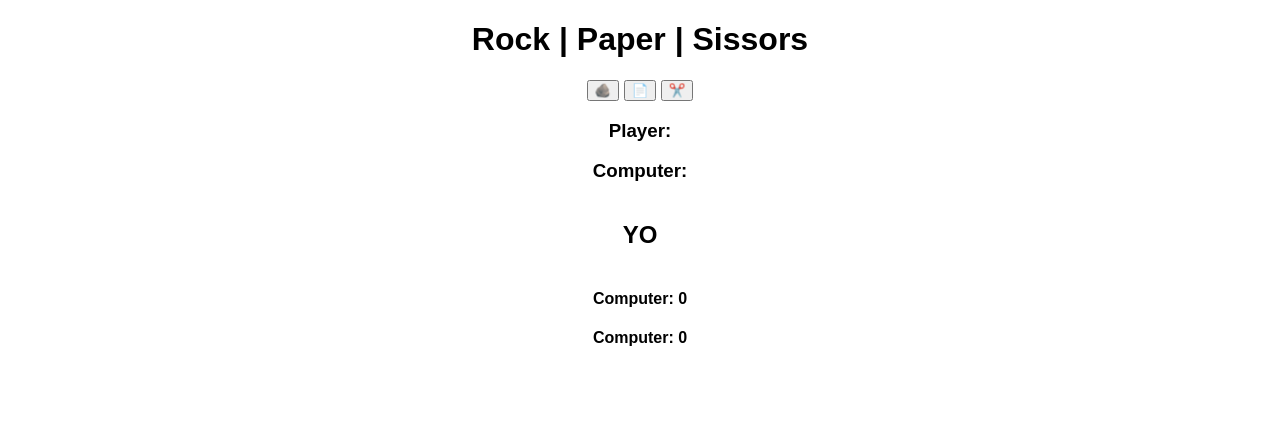
Repository: SakthivelDurai47/Rock-Paper-Sissors
Page: index.html
An editor plug-in stored every save of this project. The page is shown before and after a run of saves, followed by the edit.
The browser window is 1280 px wide. The pictures show the whole page.

Above is the page before, as saved 2025-04-14 22:09:24.

### index.html
<!DOCTYPE html>
<html lang="en">
  <head>
    <meta charset="UTF-8" />
    <meta name="viewport" content="width=device-width, initial-scale=1.0" />
    <title>Rock, Paper, Scissor</title>
    <meta name="aurthor" content="Sakthivel Durai S" />
    <link rel="stylesheet" href="styles.css" />
  </head>
  <body>
    <h1>Rock | Paper | Sissors</h1>
    <div id="choice">
      <button onclick="playGame('Rock')">🪨</button>
      <button onclick="playGame('Paper')">📄</button>
      <button onclick="playGame('Scissor')">✂️</button>
    </div>
    <div id="info">
      <h3>Player:</h3>
      <h3>Computer:</h3>
    </div>
    <h2 id="result">YO</h2>
    <div id="scores">
      <h4>Computer: <span id="scorePlr">0</span></h4>
      <h4>Computer: <span id="scoreCum">0</span></h4>
    </div>
    <script src="index.js"></script>
  </body>
</html>

### styles.css
body {
  margin: 0;
  font-family: Arial, sans-serif;
  display: flex;
  flex-direction: column;
  align-items: center;
  text-align: center;
}
#choice {
}

Loaded but not shown: index.js (no copy from this time; the picture is the same without it)

After the next 2 saves:
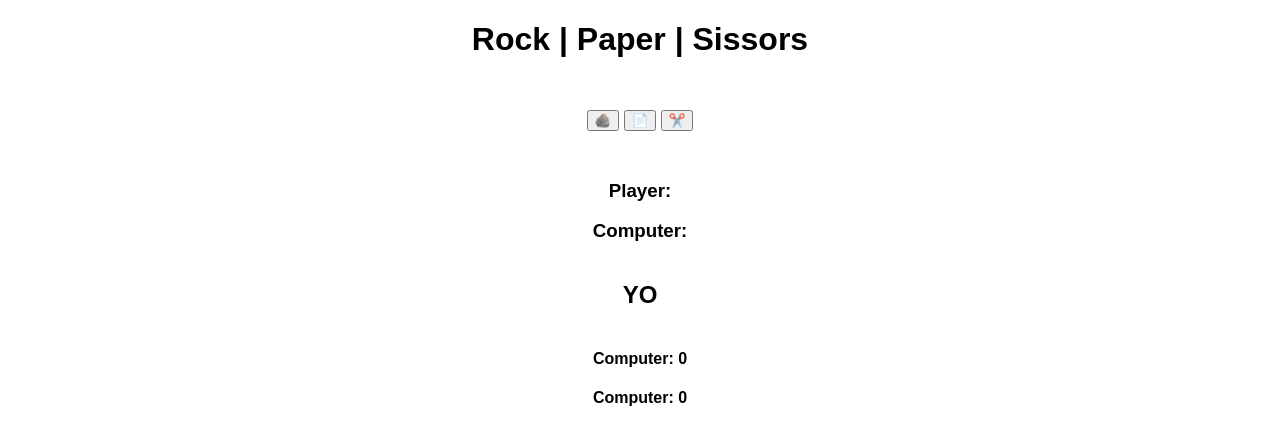
The 2 saves are shown as one change because they came seconds apart.
The last was saved 13 s later.
--- a/styles.css
+++ b/styles.css
@@ -7,4 +7,5 @@ body {
   text-align: center;
 }
 #choice {
+  margin: 30px;
 }
